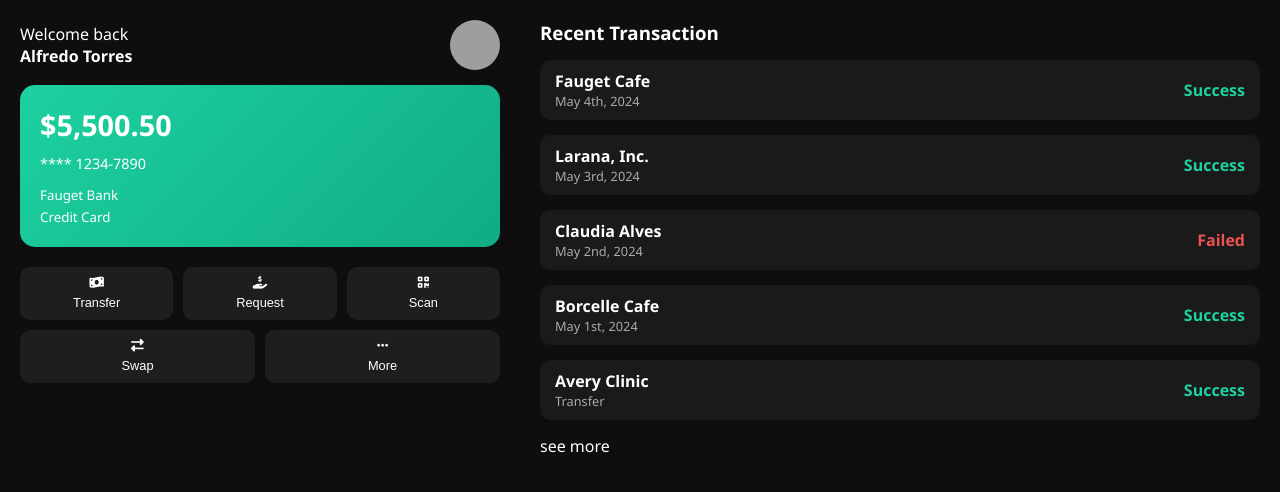
Repository: trenzyfx1/Wells-fargo-bank
Page: homepage.html
These files come from the project's save history. The page is drawn as it stood at one moment and after a run of saves; the edit follows.
The browser window is 1280 px wide. The pictures show the whole page.
Pictures or frames that could not be fetched are drawn as grey boxes. Some web libraries are served in a nearby version.

Above is the page before, as saved 2025-06-19 18:53:47.

### homepage.html
<!DOCTYPE html>
<html lang="en">

<head>
    <meta charset="UTF-8" />
    <meta name="viewport" content="width=device-width, initial-scale=1.0" />
    <title>Dashboard</title>
    <link rel="stylesheet" href="./CSS/homepage.css">
    <script src="https://kit.fontawesome.com/a2e8f1a1b0.js" crossorigin="anonymous"></script>
</head>

<body>
    <div class="dashboard">
        <!-- RIGHT (Profile, Balance, Actions) -->
        <div class="right-panel">
            <div class="profile">
                <p>Welcome back<br><strong>Alfredo Torres</strong></p>
                <img src="profile.jpg" alt="User" />
            </div>

            <div class="balance-card">
                <p class="balance">$5,500.50</p>
                <p class="card-info">**** 1234-7890</p>
                <small>Fauget Bank<br>Credit Card</small>
            </div>

            <div class="actions">
                <button><i class="fas fa-money-bill-wave"></i><span>Transfer</span></button>
                <button><i class="fas fa-hand-holding-usd"></i><span>Request</span></button>
                <button><i class="fas fa-qrcode"></i><span>Scan</span></button>
                <button><i class="fas fa-exchange-alt"></i><span>Swap</span></button>
                <button><i class="fas fa-ellipsis-h"></i><span>More</span></button>
            </div>
        </div>

        <!-- LEFT (Transactions) -->
        <div class="left-panel">
            <!-- <div class="search-bar">
                <input type="text" placeholder="Search here">
                <button><i class="fas fa-search"></i></button>
            </div> -->

            <div class="transactions">
                <h3>Recent Transaction</h3>
                <div class="transaction">
                    <div>
                        <strong>Fauget Cafe</strong>
                        <p>May 4th, 2024</p>
                    </div>
                    <span class="success">Success</span>
                </div>
                <div class="transaction">
                    <div>
                        <strong>Larana, Inc.</strong>
                        <p>May 3rd, 2024</p>
                    </div>
                    <span class="success">Success</span>
                </div>
                <div class="transaction">
                    <div>
                        <strong>Claudia Alves</strong>
                        <p>May 2nd, 2024</p>
                    </div>
                    <span class="failed">Failed</span>
                </div>
                <div class="transaction">
                    <div>
                        <strong>Borcelle Cafe</strong>
                        <p>May 1st, 2024</p>
                    </div>
                    <span class="success">Success</span>
                </div>
                <div class="transaction">
                    <div>
                        <strong>Avery Clinic</strong>
                        <p>Transfer</p>
                    </div>
                    <span class="success">Success</span>
                </div>
                <p>see more</p>
            </div>
        </div>
    </div>


</body>

</html>

### CSS/homepage.css
* {
    margin: 0;
    padding: 0;
    box-sizing: border-box;
}

body {
    font-family: 'Segoe UI', sans-serif;
    background: #0e0e0e;
    color: white;
}

.dashboard {
    display: flex;
    flex-direction: column;
    gap: 20px;
    padding: 20px;
}

.profile {
    display: flex;
    justify-content: space-between;
    align-items: center;
}

.profile img {
    width: 50px;
    height: 50px;
    border-radius: 50%;
}

.balance-card {
    background: linear-gradient(135deg, #1dd1a1, #10ac84);
    padding: 20px;
    border-radius: 15px;
    color: #fff;
    margin-top: 15px;
}

.balance-card .balance {
    font-size: 1.8rem;
    font-weight: bold;
}

.card-info {
    margin: 10px 0;
    font-size: 0.9rem;
}

.actions {
    display: flex;
    flex-wrap: wrap;
    gap: 10px;
    margin-top: 20px;
}

.actions button {
    background: #1e1e1e;
    border: none;
    color: #fff;
    padding: 10px;
    border-radius: 10px;
    flex: 1 1 28%;
    display: flex;
    flex-direction: column;
    align-items: center;
    font-size: 0.8rem;
    gap: 5px;
    cursor: pointer;
}

.actions

.search-bar {
    display: flex;
    margin-bottom: 20px;
}

.search-bar input {
    flex: 1;
    padding: 10px;
    border: none;
    border-radius: 10px 0 0 10px;
    background: #1e1e1e;
    color: white;
}

.search-bar button {
    background: #1e1e1e;
    border: none;
    color: white;
    padding: 10px;
    border-radius: 0 10px 10px 0;
    cursor: pointer;
}

.transactions {
    display: flex;
    flex-direction: column;
    gap: 15px;
}

.transaction {
    background: #1a1a1a;
    padding: 10px 15px;
    border-radius: 10px;
    display: flex;
    justify-content: space-between;
    align-items: center;
}

.transaction p {
    font-size: 0.8rem;
    color: #aaa;
}

.success {
    color: #1dd1a1;
    font-weight: bold;
}

.failed {
    color: #ee5253;
    font-weight: bold;
}

/* Desktop Layout */
@media (min-width: 768px) {
    .dashboard {
        flex-direction: row;
        align-items: flex-start;
        gap: 40px;
    }

    .left-panel {
        flex: 1.5;
    }

    .right-panel {
        flex: 1;
        position: sticky;
        top: 20px;
    }
}

After the next 2 saves:
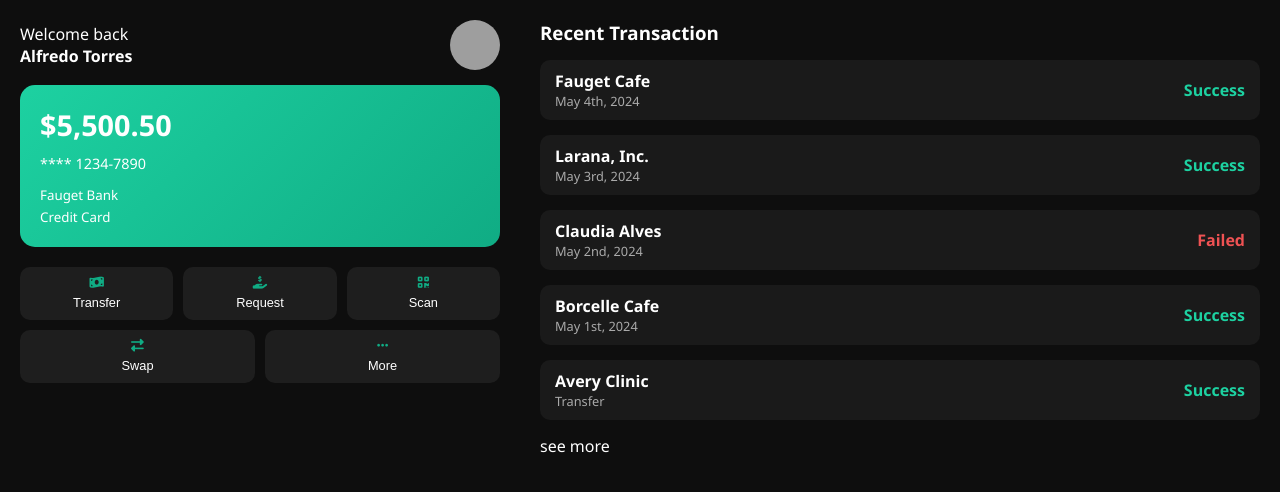
The 2 saves are shown as one change because they came seconds apart.
The last was saved 6 s later.
--- a/CSS/homepage.css
+++ b/CSS/homepage.css
@@ -69,7 +69,9 @@
     cursor: pointer;
 }
 
-.actions
+.actions i {
+    color: #10ac84;
+}
 
 .search-bar {
     display: flex;

After the 5 saves that followed:
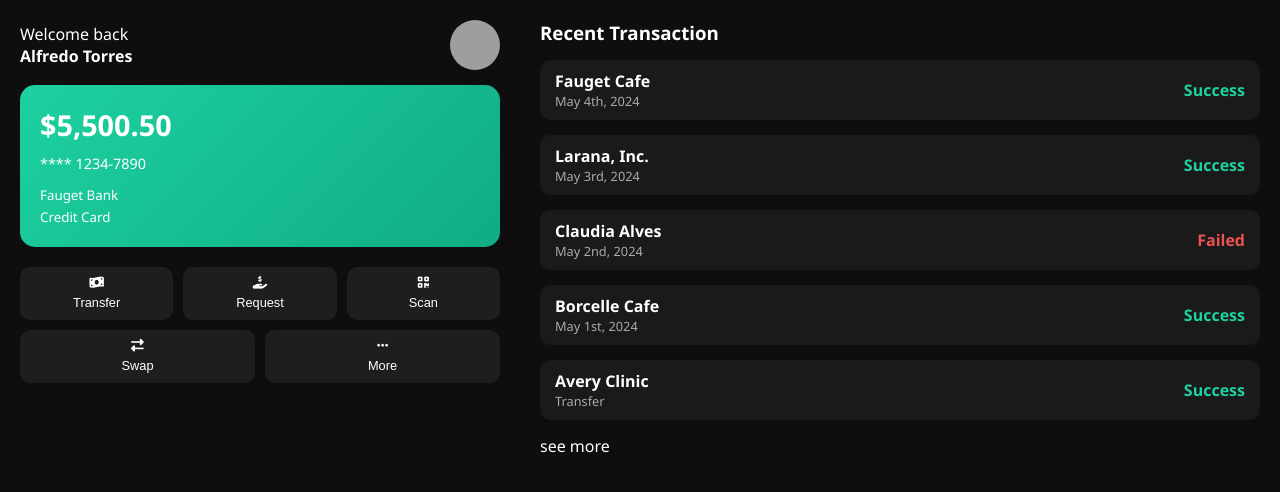
The 5 saves are shown as one change because 2 left the picture as it was and some came seconds apart.
The last was saved 53 s later.
--- a/CSS/homepage.css
+++ b/CSS/homepage.css
@@ -69,8 +69,8 @@
     cursor: pointer;
 }
 
-.actions i {
-    color: #10ac84;
+.actions button i {
+    font-size: ;
 }
 
 .search-bar {
